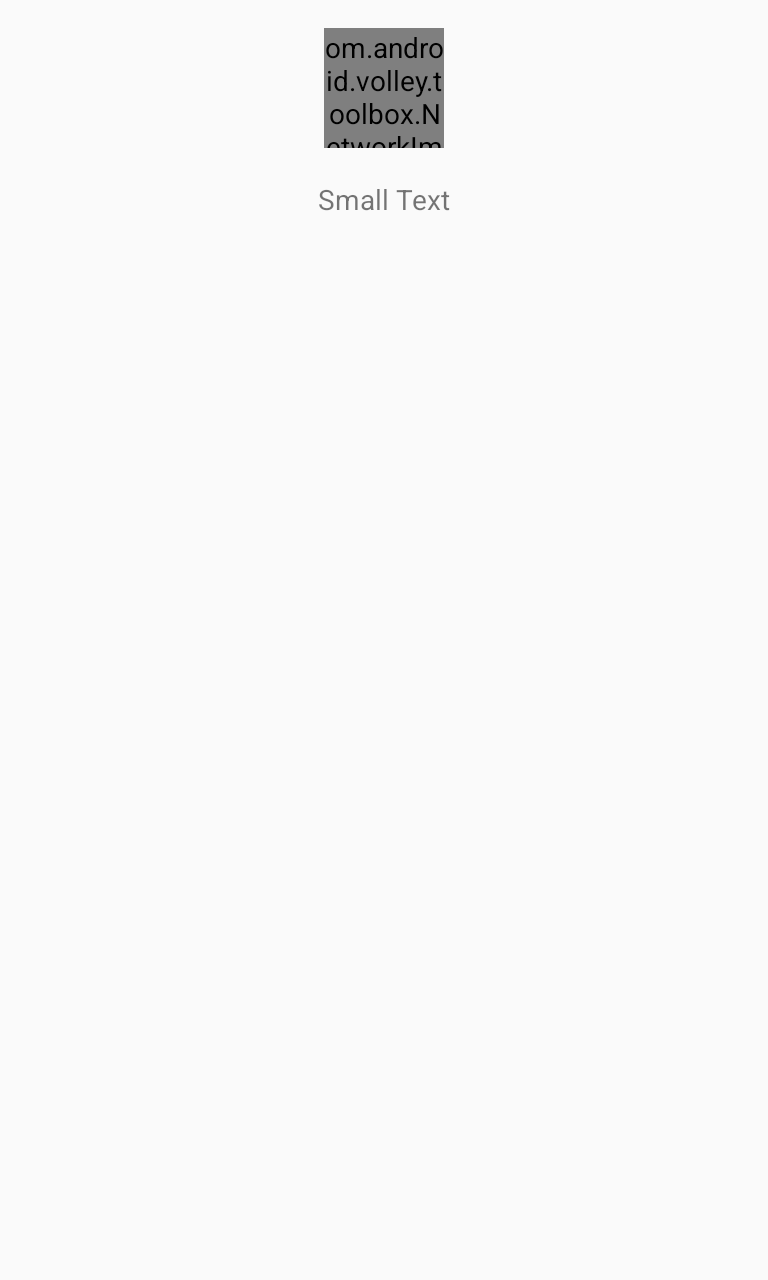
Repository: savindra/cutting-edge
Layout: Humzearch/res/layout/main_menu_user.xml
These files come from the project's save history. The layout is drawn as it stood at one moment and after the next save; the edit follows.
Pictures or frames that could not be fetched are drawn as grey boxes. It is drawn on a 768 x 1280 px phone screen (xhdpi) without system bars, with theme AppTheme; the app's code is not run.

Above is the layout before, as saved 2015-06-18 14:35:23.

### Humzearch/res/layout/main_menu_user.xml
<?xml version="1.0" encoding="utf-8"?>
<RelativeLayout xmlns:android="http://schemas.android.com/apk/res/android"
    android:id="@+id/RelativeLayout1"
    android:layout_width="match_parent"
    android:layout_height="120dp"
    android:orientation="vertical" >

    <om.android.volley.toolbox.NetworkImageView
        android:id="@+id/imgMenuUser"
        android:layout_width="60dp"
        android:layout_height="60dp"
        android:layout_alignParentTop="true"
        android:layout_centerHorizontal="true"
        android:layout_marginTop="14dp"
        android:src="@drawable/ic_default_user" />

    <TextView
        android:id="@+id/txtMenuUsername"
        android:layout_width="wrap_content"
        android:layout_height="wrap_content"
        android:layout_below="@+id/imgMenuUser"
        android:layout_centerHorizontal="true"
        android:layout_marginTop="16dp"
        android:text="Small Text"
        android:textAppearance="?android:attr/textAppearanceSmall" />

</RelativeLayout>

### Humzearch/res/values-v21/style.xml
<?xml version="1.0" encoding="utf-8"?>
<resources>
    <style name="AppTheme" parent="AppTheme.Base">
        <!-- Customize your theme using Material Design here. -->
    </style>
</resources>

### Humzearch/res/values/styles.xml
<resources>

    <!-- Base application theme. -->
    <style name="AppTheme" parent="AppTheme.Base"/>

    <style name="AppTheme.Base" parent="Theme.AppCompat.Light.DarkActionBar">
        <!-- Customize your theme here. -->

        <!-- colorPrimary is used for the default action bar background -->
        <item name="colorPrimary">@color/ColorPrimary</item>

        <!-- colorPrimaryDark is used for the status bar -->
        <item name="colorPrimaryDark">@color/ColorPrimaryDark</item>

        <!-- colorAccent is used as the default value for colorControlActivated
             which is used to tint widgets -->

        <!-- You can also set colorControlNormal, colorControlActivated
             colorControlHighlight & colorSwitchThumbNormal. -->

        <item name="homeAsUpIndicator">@drawable/ic_drawer</item>
		<item name="android:homeAsUpIndicator">@drawable/ic_drawer</item>
    </style>

    <style name="AppTheme.NoTitleBar" parent="Theme.AppCompat.Light.NoActionBar">
        <!-- Customize your theme here. -->

        <!-- colorPrimary is used for the default action bar background -->
        <item name="colorPrimary">@color/ColorPrimary</item>

        <!-- colorPrimaryDark is used for the status bar -->
        <item name="colorPrimaryDark">@color/ColorPrimaryDark</item>

        <!-- colorAccent is used as the default value for colorControlActivated
             which is used to tint widgets -->

        <!-- You can also set colorControlNormal, colorControlActivated
             colorControlHighlight & colorSwitchThumbNormal. -->
    </style>

    <style name="AppTheme.BackButton" parent="Theme.AppCompat.Light.DarkActionBar">
        <!-- Customize your theme here. -->

        <!-- colorPrimary is used for the default action bar background -->
        <item name="colorPrimary">@color/ColorPrimary</item>

        <!-- colorPrimaryDark is used for the status bar -->
        <item name="colorPrimaryDark">@color/ColorPrimaryDark</item>

        <!-- colorAccent is used as the default value for colorControlActivated
             which is used to tint widgets -->

        <!-- You can also set colorControlNormal, colorControlActivated
             colorControlHighlight & colorSwitchThumbNormal. -->
    </style>

    <style name="toolbar_bottom" parent="Widget.AppCompat.Toolbar">
    	<item name="contentInsetStart">0dp</item>
    	<item name="contentInsetEnd">0dp</item>
	</style>

</resources>

### Humzearch/res/values/color.xml
<?xml version="1.0" encoding="utf-8"?>
<resources>
    <color name="ColorPrimary">#e62117</color>
    <color name="ColorPrimaryDark">#c31c13</color>
    <color name="tabsScrollColor">#8a140e</color>
    <color name="fontblack">#000</color>

    <!-- Main menu colors -->
    <color name="list_item_title">#303030</color>
    <color name="list_background">#eee</color>
    <color name="list_background_pressed">#aaa</color>
    <color name="list_divider">#ccc</color>
    <color name="counter_text_bg">#626262</color>
    <color name="counter_text_color">#c5c4c4</color>

    <color name="button">#ccc</color>

    <color name="link">#909090</color>
    <color name="secondbar">#f5f5f5</color>
    <color name="background">#fcfcfc</color>

</resources>

After the next save:
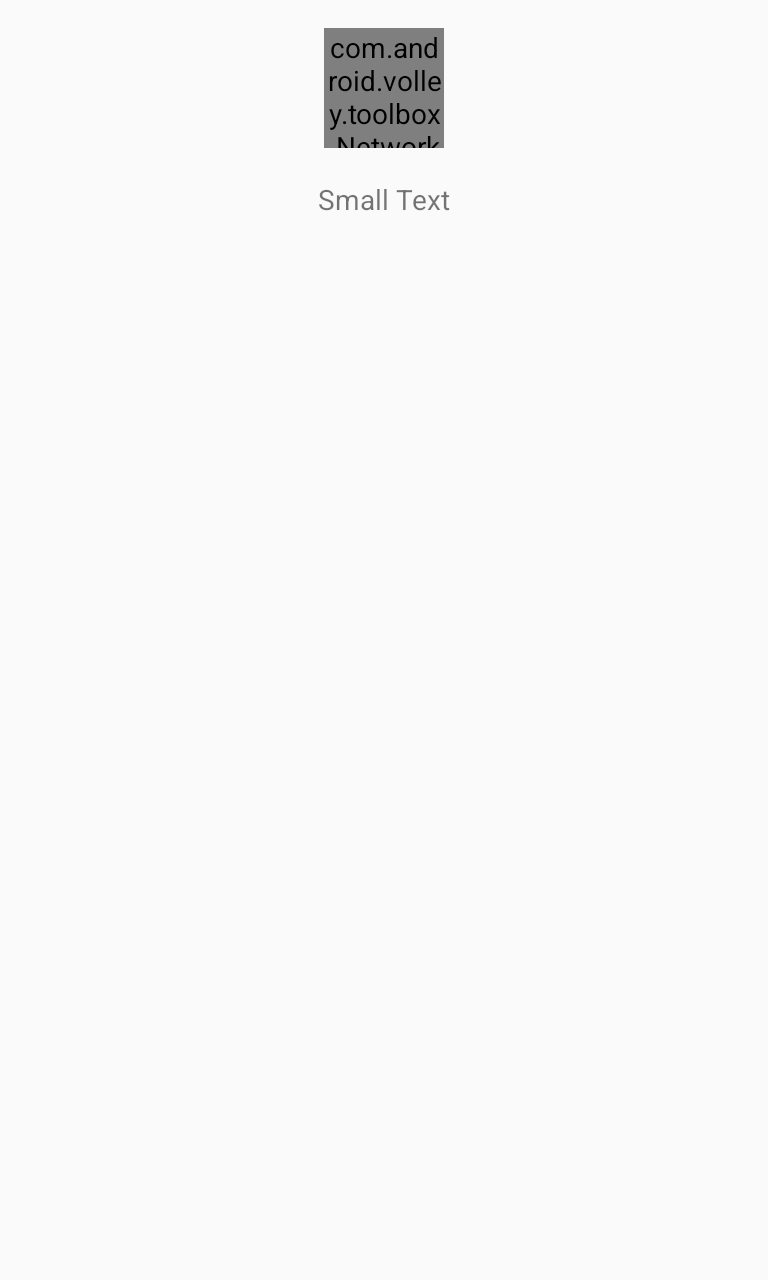
Saved 19 min 17 s later.
--- a/Humzearch/res/layout/main_menu_user.xml
+++ b/Humzearch/res/layout/main_menu_user.xml
@@ -1,11 +1,11 @@
 <?xml version="1.0" encoding="utf-8"?>
 <RelativeLayout xmlns:android="http://schemas.android.com/apk/res/android"
-    android:id="@+id/RelativeLayout1"
+    android:id="@+id/RelativeLayout"
     android:layout_width="match_parent"
     android:layout_height="120dp"
     android:orientation="vertical" >
 
-    <om.android.volley.toolbox.NetworkImageView
+    <com.android.volley.toolbox.NetworkImageView
         android:id="@+id/imgMenuUser"
         android:layout_width="60dp"
         android:layout_height="60dp"
